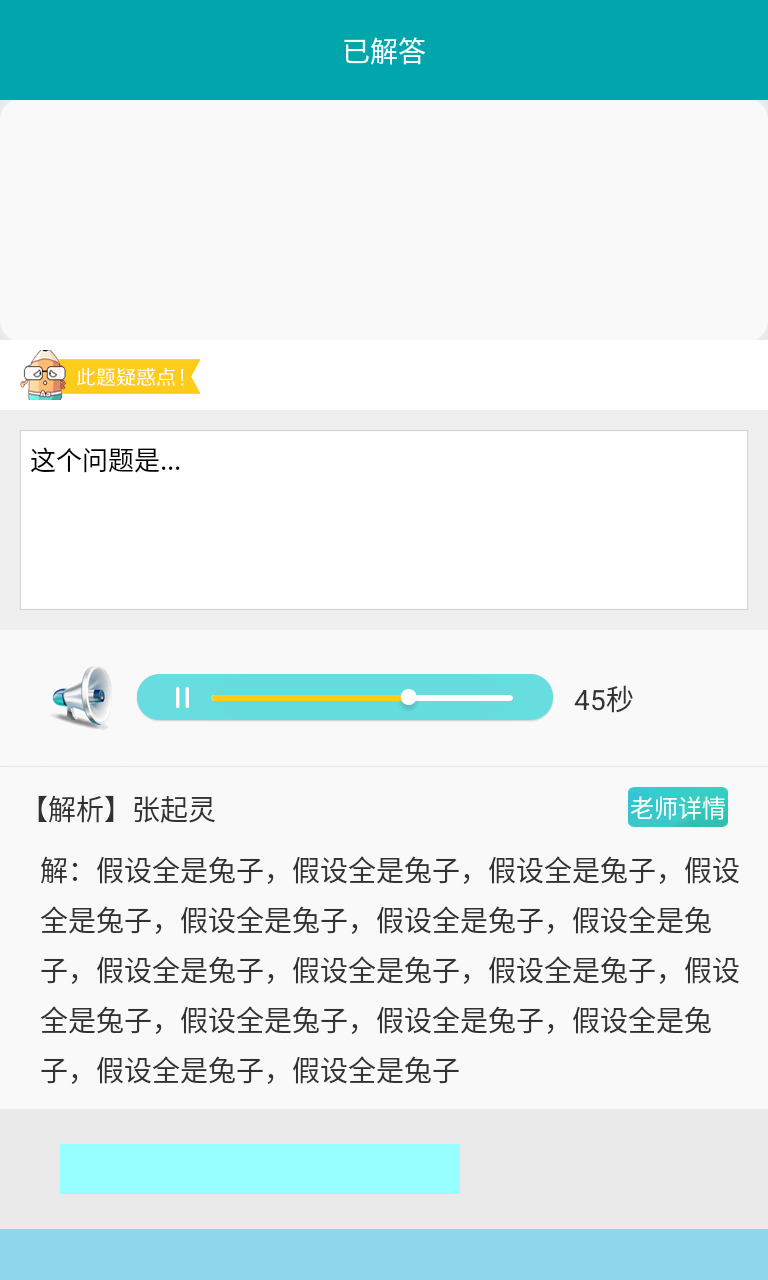
Repository: 2015-Forever/JWD
Layout: Jwd/res/layout/activity_answer.xml
An editor plug-in stored every save of this project. The layout is shown before and after the next save, followed by the edit.
It is drawn on a 768 x 1280 px phone screen (xhdpi) without system bars, with theme AppTheme; the app's code is not run. Lists and similar views that code fills are empty.

Above is the layout before, as saved 2015-07-16 06:35:16.

After the next save:
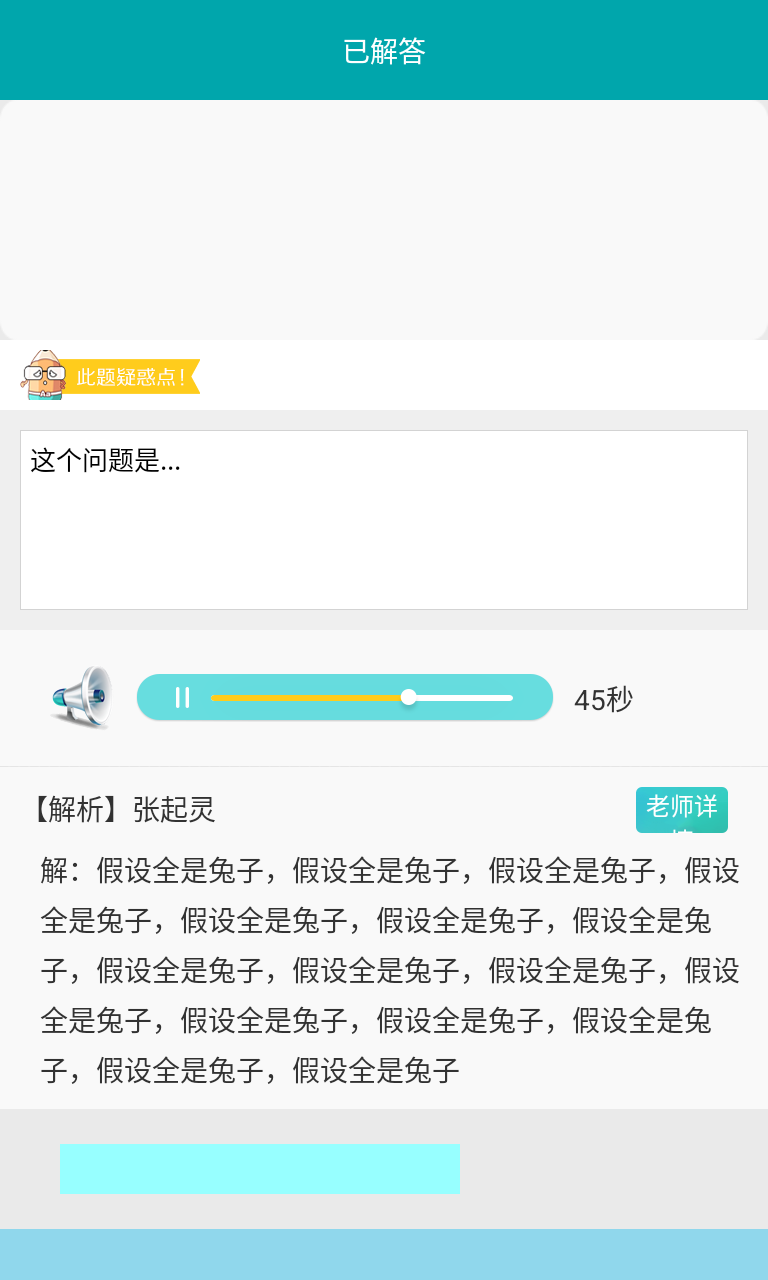
Saved 32 s later.
--- a/Jwd/res/layout/activity_answer.xml
+++ b/Jwd/res/layout/activity_answer.xml
@@ -108,8 +108,8 @@
                 android:text="【解析】张起灵" />
 
             <Button
-                android:layout_width="50dp"
-                android:layout_height="20dp"
+                android:layout_width="46dp"
+                android:layout_height="23dp"
                 android:layout_alignParentRight="true"
                 android:layout_marginRight="10dp"
                 android:background="@drawable/teacher_details_button"

After the save that followed:
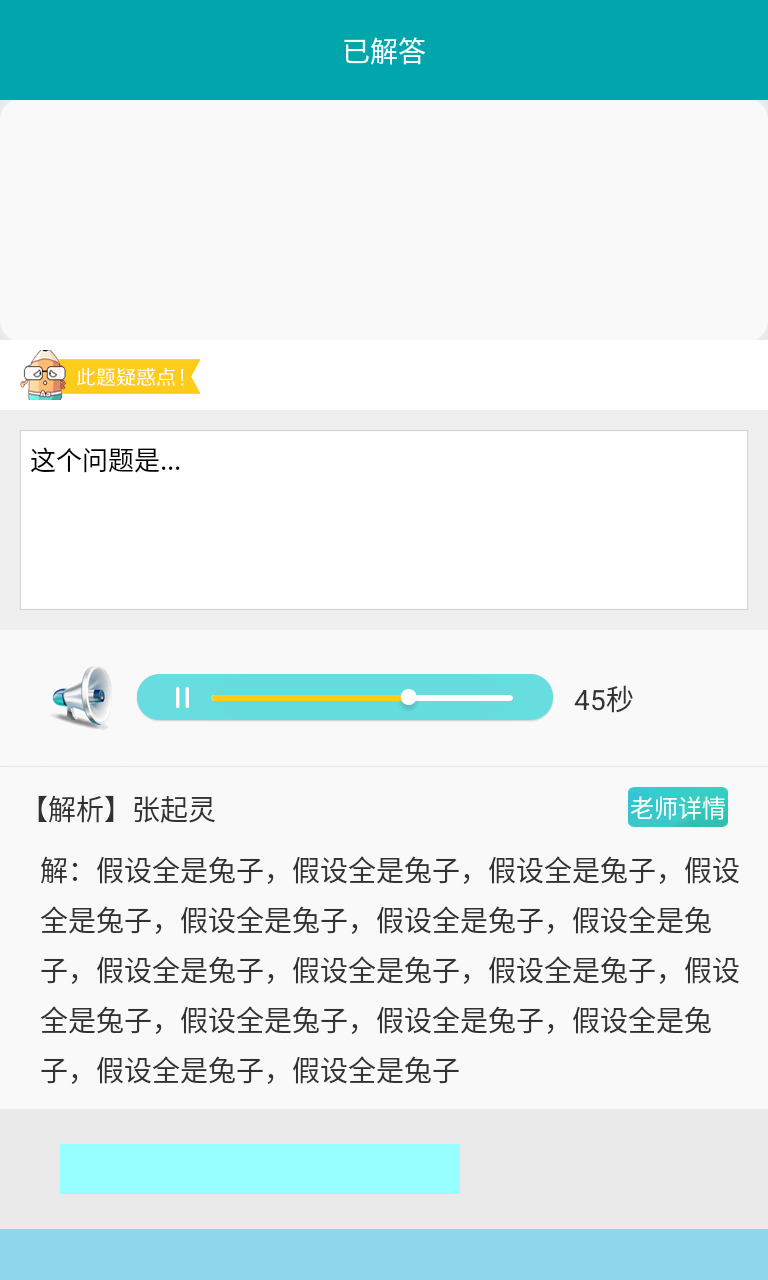
Saved 32 s later.
--- a/Jwd/res/layout/activity_answer.xml
+++ b/Jwd/res/layout/activity_answer.xml
@@ -108,8 +108,8 @@
                 android:text="【解析】张起灵" />
 
             <Button
-                android:layout_width="46dp"
-                android:layout_height="23dp"
+                android:layout_width="50dp"
+                android:layout_height="20dp"
                 android:layout_alignParentRight="true"
                 android:layout_marginRight="10dp"
                 android:background="@drawable/teacher_details_button"
